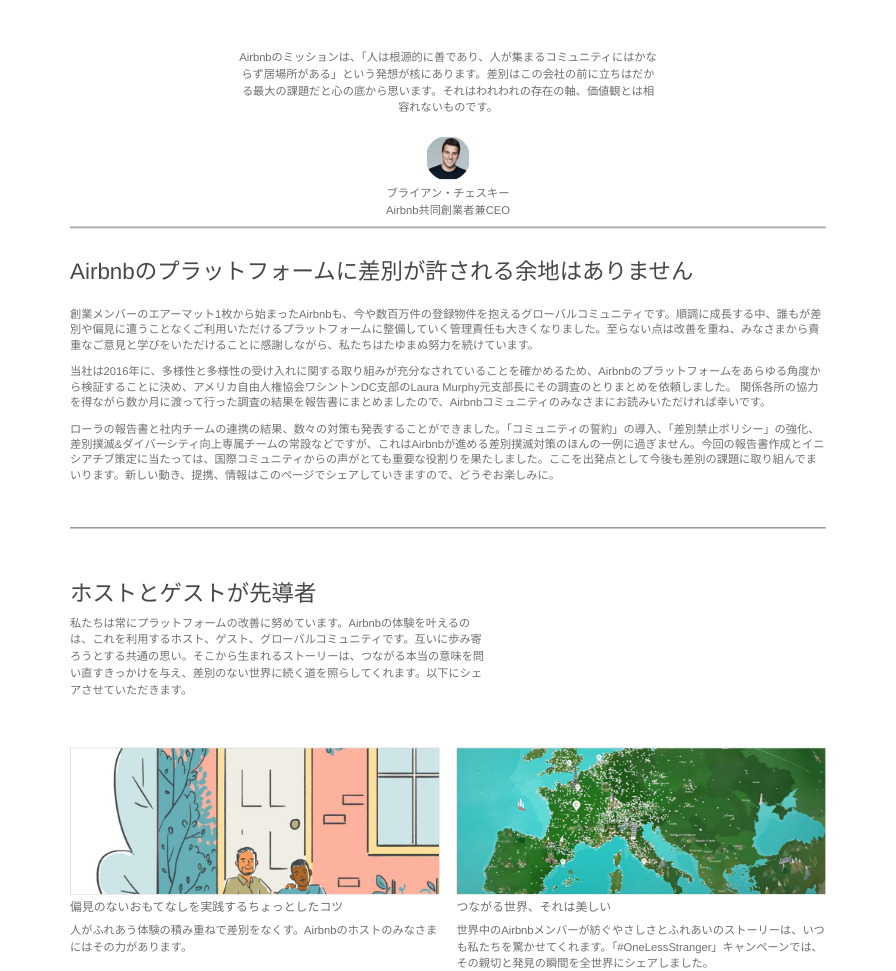
Repository: Ryoma-tech/20200622_htmlcss01
Page: index.html
The author's editor kept a copy of each file at every save. The page is drawn from the files as they stood at one save, then again after the next save.
The browser window is 1280 px wide. The pictures show the part of the page from y = 650 to 2570 px (the page is 2037 px tall before and 2570 px after), at 70% of full size.

Above is the page before, as saved 2020-06-24 10:05:52.

After the next save:
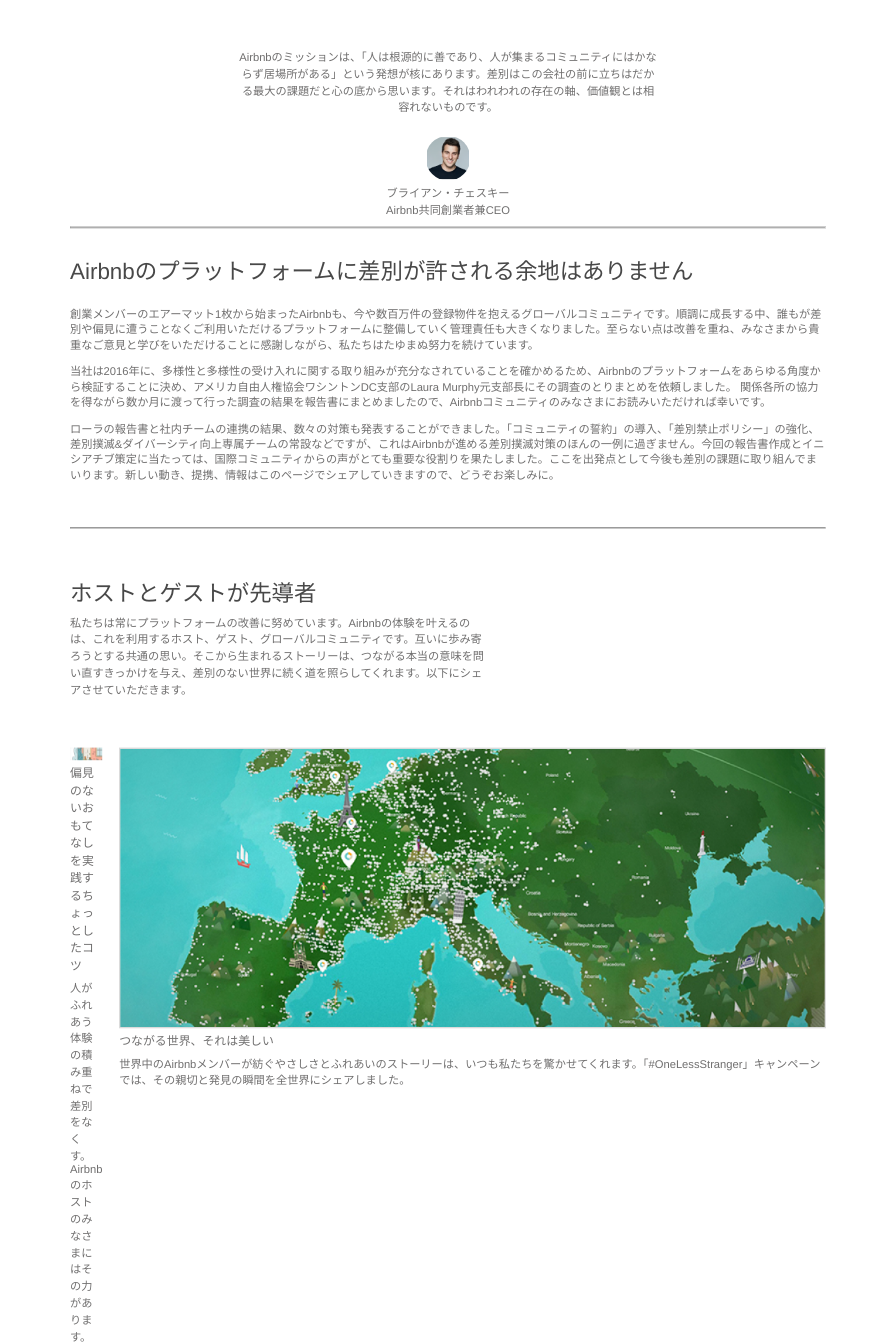
Saved 111 s later.
--- a/style.css
+++ b/style.css
@@ -297,6 +297,6 @@
     border: 1px #008489 solid;
 }
 
-.item2 {
+.item1 p:hover .item2 {
     flex: 1;
 }

After the save that followed:
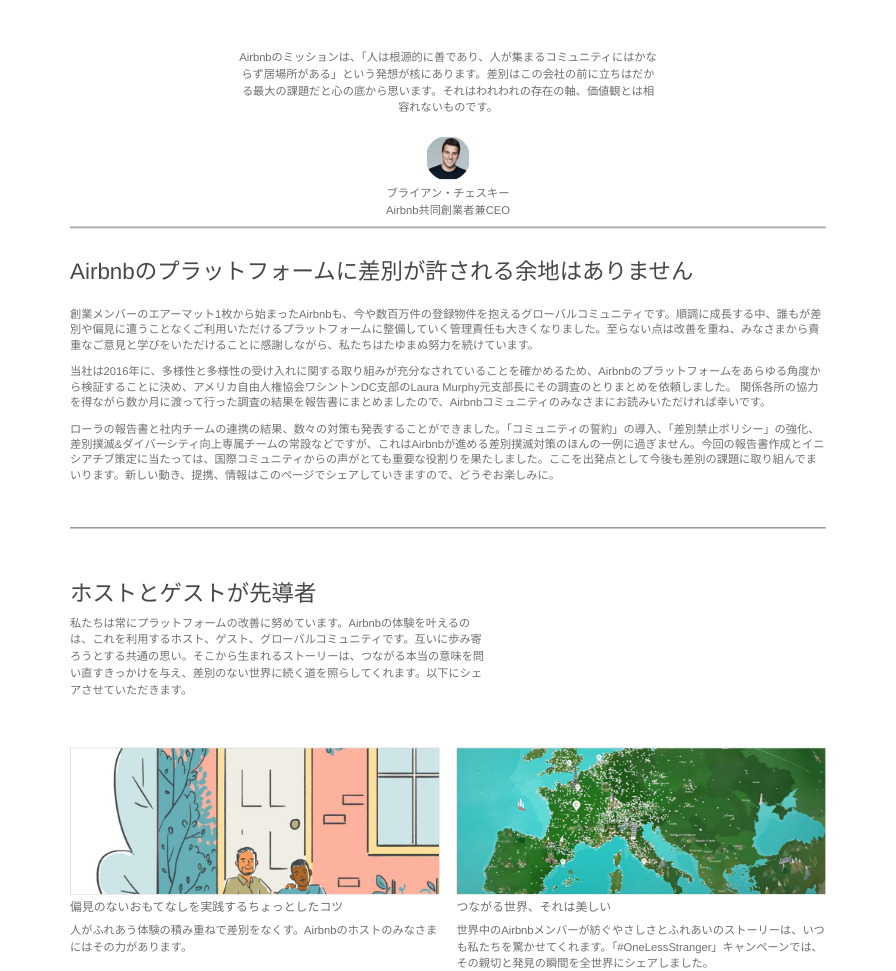
Saved 12 s later.
--- a/style.css
+++ b/style.css
@@ -297,6 +297,10 @@
     border: 1px #008489 solid;
 }
 
-.item1 p:hover .item2 {
+.item1 p:hover {
+    color: #008489;
+}
+
+.item2 {
     flex: 1;
 }
